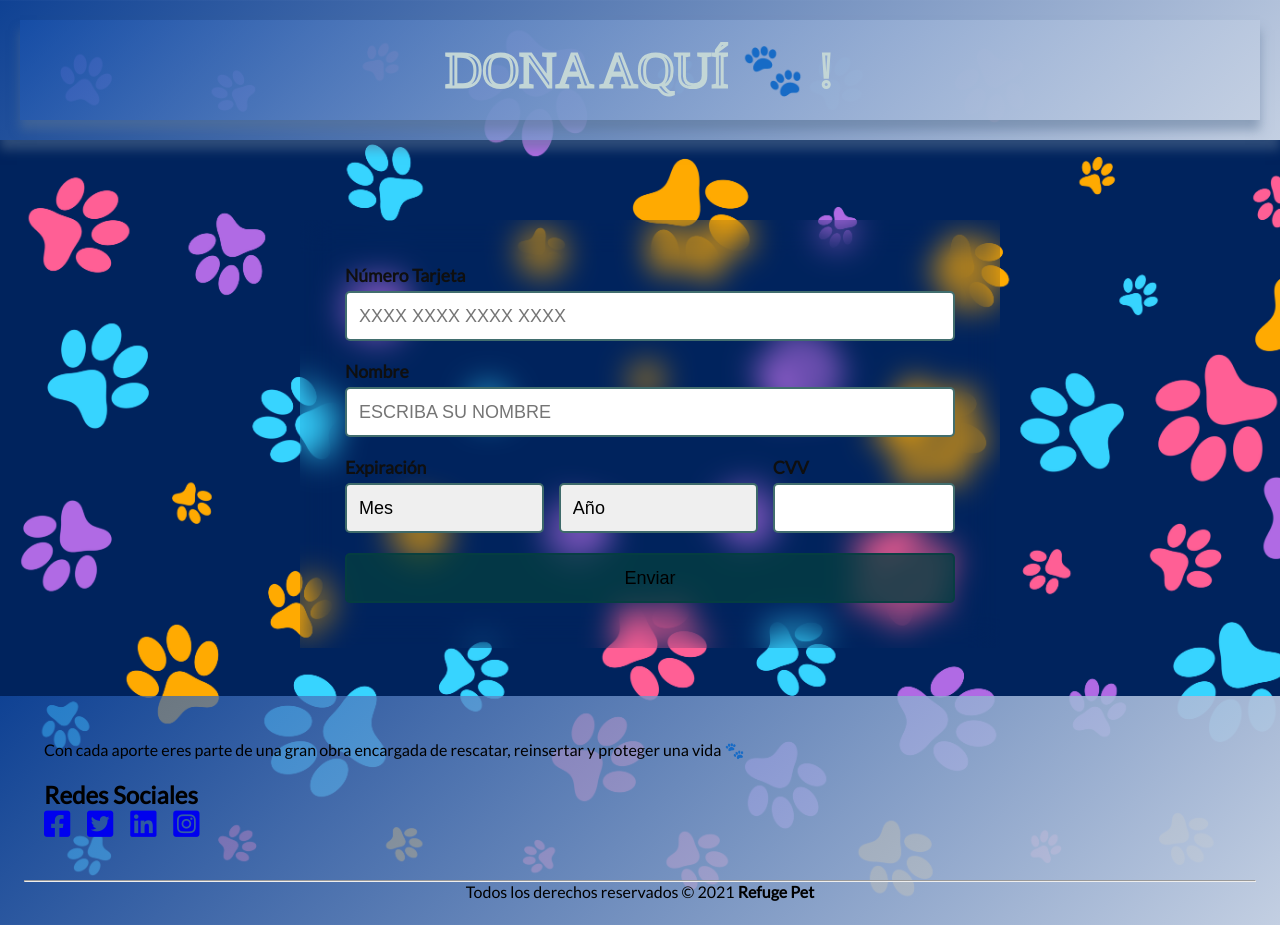
Repository: andreasvidal/SCL019-card-validation
Page: src/views/cardvalidation.html
The author's editor kept a copy of each file at every save. The page is drawn from the files as they stood at one save, then again after the next save.
The browser window is 1280 px wide. The pictures show the whole page.
Some web fonts or font styles are not loaded; a fallback is used. Some web libraries are served in a nearby version.

Above is the page before, as saved 2022-04-13 10:09:00.

After the next save:
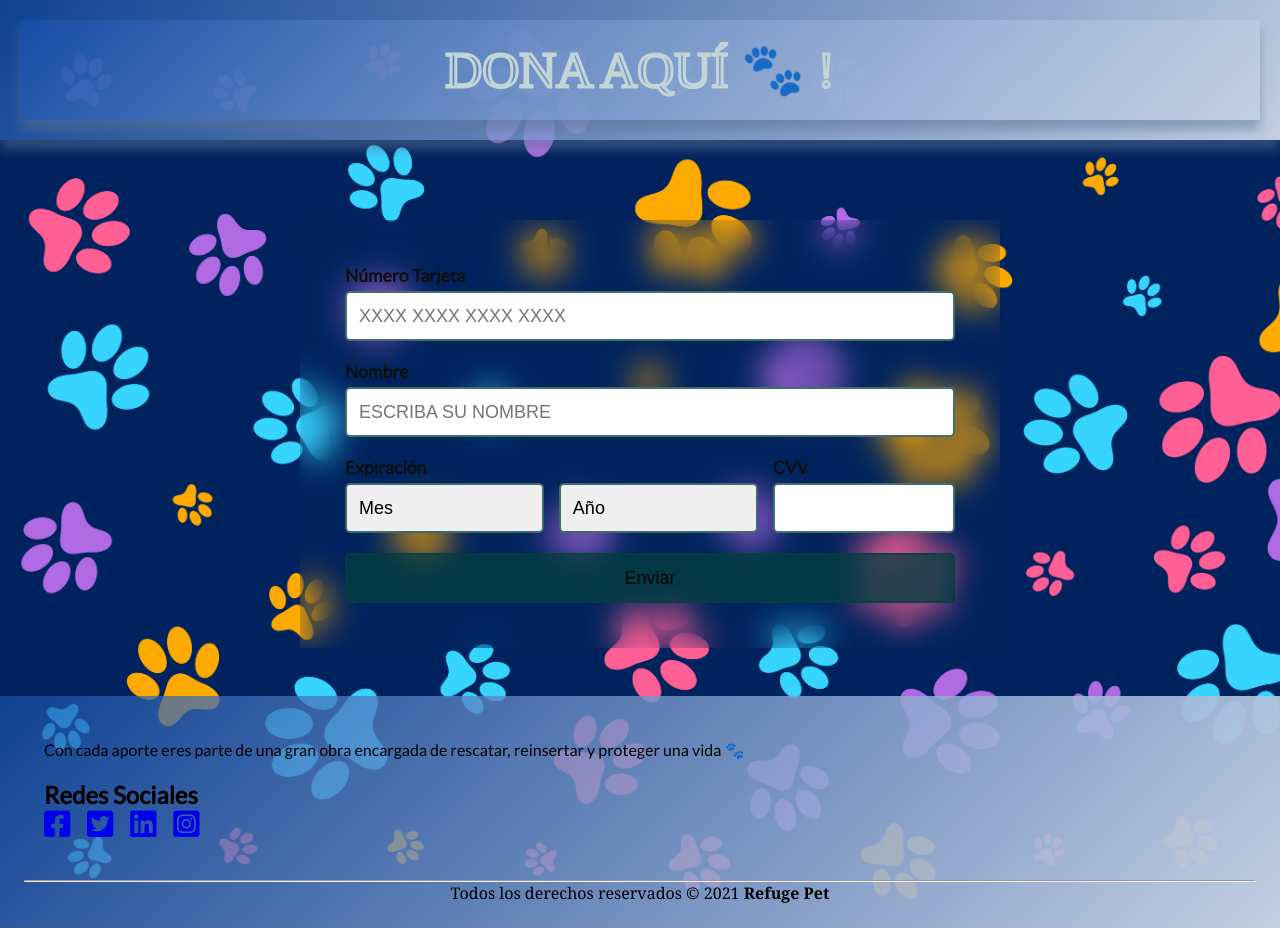
Saved 46 s later.
--- a/src/css/formstyle.css
+++ b/src/css/formstyle.css
@@ -139,4 +139,5 @@ footer {
 .box__copyright {
     padding-top: 5rem;
     text-align: center;
+    font-family: Georgia, 'Times New Roman', Times, serif;
 }
